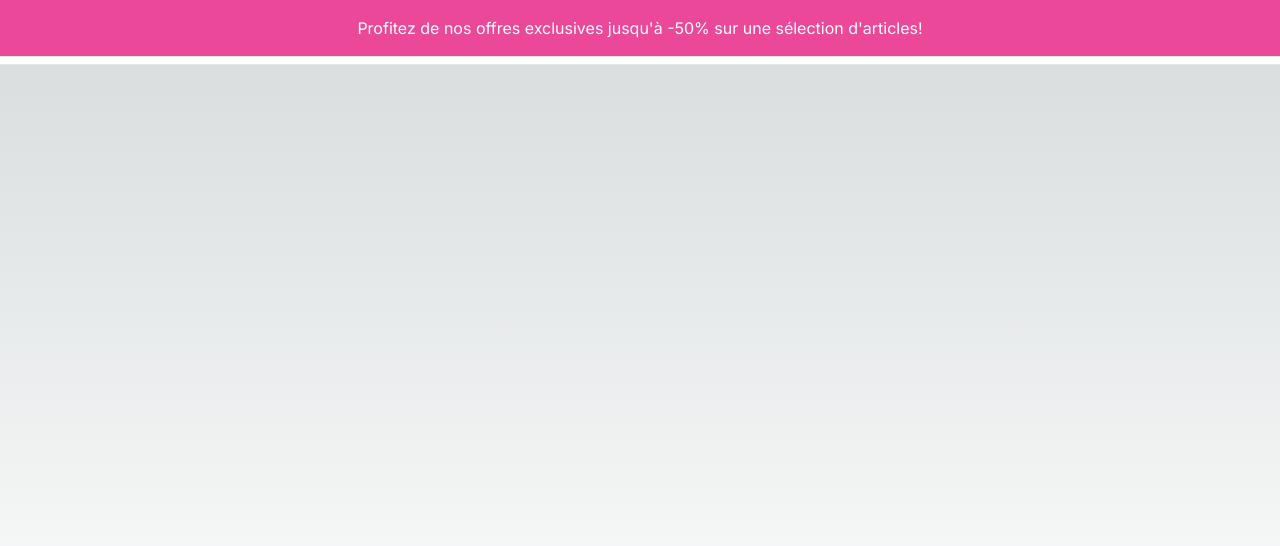
Repository: SDlevelUp/e-shop
Page: /
These files come from the project's save history. The page is drawn as it stood at one moment and after the next save; the edit follows.
The browser window is 1280 px wide. The pictures show the whole page.
The project was rebuilt for these pictures with package versions that can differ from the ones it lists, and the page was loaded fresh each time. The framework's server and built-in components were replaced by stand-ins that run in the browser. Also part of the build but not shown: next.config.js.

Above is the page before, as saved 2023-08-29 09:09:39.

### src/app/layout.js
import './globals.css'
import { Inter } from 'next/font/google';
import Navbar from '@/components/Navbar/Navbar';
import GlobalState from '@/context';
const inter = Inter({ subsets: ['latin'] })

export const metadata = {
  title: 'E-Shop, votre boutique en ligne',
  description: 'Generated by create next app',
};

export default function RootLayout({ children }) {
  return (
    <html lang="en">
      <head>
        <meta charSet="UTF-8" />
        <meta name="viewport" content="width=device-width, initial-scale=1.0" />
        <title>{metadata.title}</title>
        <meta name="description" content={metadata.description} />
      </head>
      <body className={inter.className}>
        <GlobalState>
          <Navbar />
          <main>{children}</main>
        </GlobalState>
      </body>
    </html>
  )
}

### src/app/page.js
import React from 'react';

function Home() {
  return (
    <main className="flex min-h-screen flex-col items-center justify-between p-24">
      <div>

      </div>
    </main>
  );
}

export default Home;

### src/components/Navbar/Navbar.jsx
"use client";

export default function Navbar() {
    return (
        <>

            <div className="bg-white fixed z-40 w-full top-0 left-0 border-b border-gray-200">
                <header className="bg-pink-500 z-50 w-full top-0 left-0 border-b border-gray-200 fixed">
                    <div className="max-w-screen-xl flex items-center justify-center mx-auto p-4">
                        <div className="flex items-center cursor-pointer">
                            <span className="text-white">
                                Profitez de nos offres exclusives jusqu'à -50% sur une sélection d'articles!
                            </span>
                        </div>
                    </div>
                </header>

                <nav className="max-w-screen-xl flex items-center justify-between mx-auto p-4">
                    <div className="flex items-center cursor-pointer">
                        <span className="self-center text-2xl font-semibold whitespace-nowrap first-letter:">
                            E-Shop
                        </span>
                    </div>
                    {/* Supprimez la div vide */}
                </nav>
            </div>
        </>
    );
}

### src/context/index.js
"use client";

import { createContext } from 'react';

export const GlobalContext = createContext(null);

export default function GlobalState({ children }) {
    return (
        <GlobalContext.Provider value={{}}>{children}</GlobalContext.Provider>
    )
}

Loaded but not shown: src/app/globals.css (common file); tailwind.config.js (common file)

After the next save:
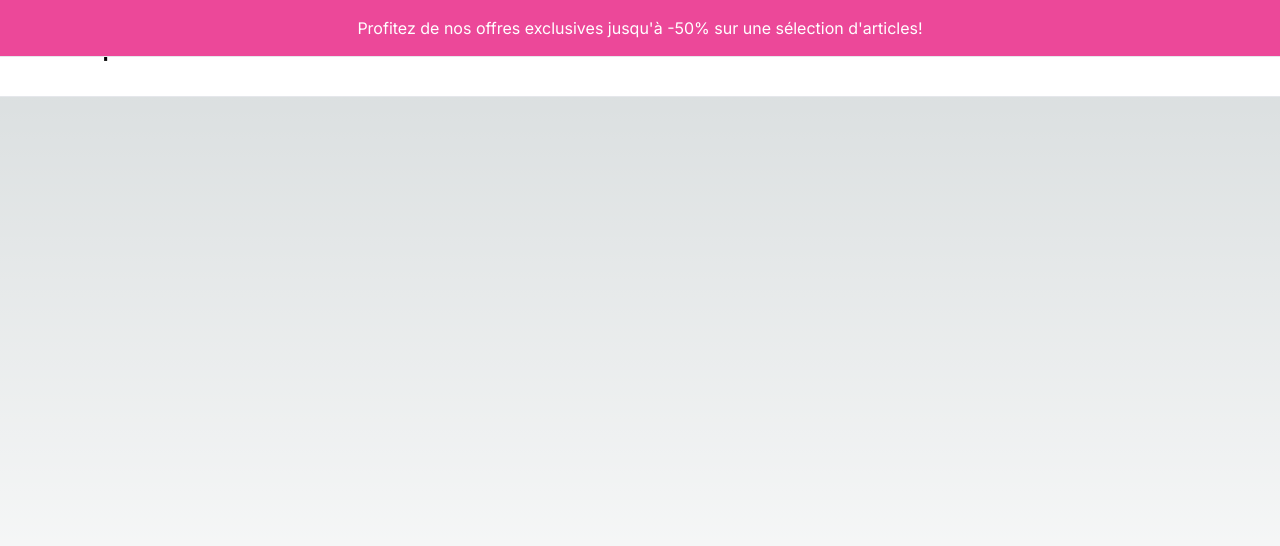
Saved 5 s later.
--- a/src/components/Navbar/Navbar.jsx
+++ b/src/components/Navbar/Navbar.jsx
@@ -17,7 +17,7 @@
 
                 <nav className="max-w-screen-xl flex items-center justify-between mx-auto p-4">
                     <div className="flex items-center cursor-pointer">
-                        <span className="self-center text-2xl font-semibold whitespace-nowrap first-letter:">
+                        <span className="self-center text-2xl font-semibold whitespace-nowrap p-4">
                             E-Shop
                         </span>
                     </div>

After the save that followed:
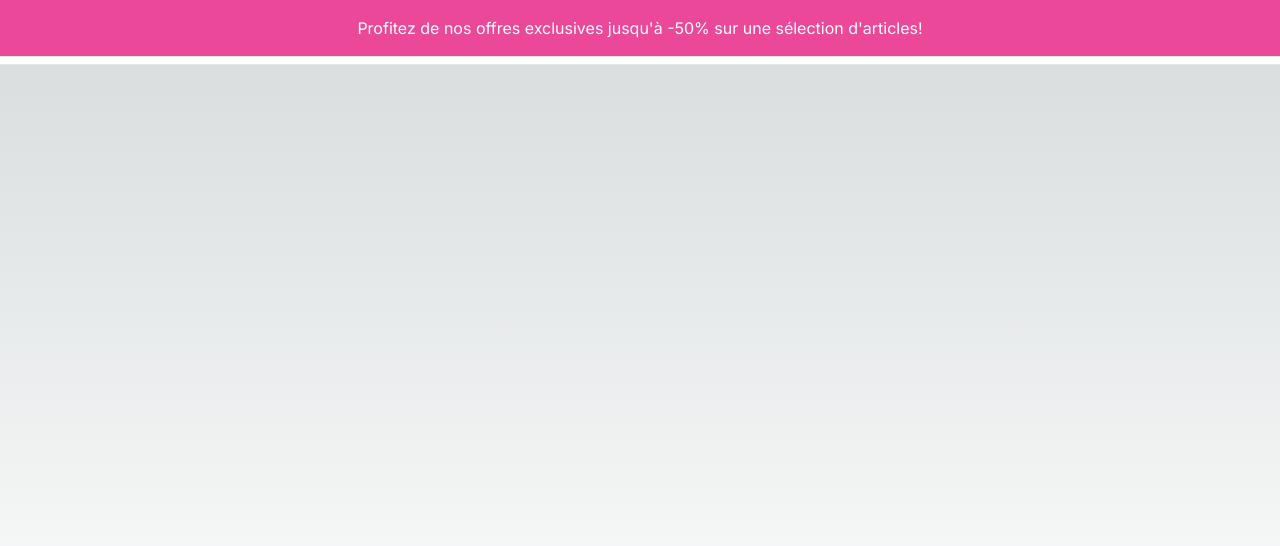
Saved 25 s later.
--- a/src/components/Navbar/Navbar.jsx
+++ b/src/components/Navbar/Navbar.jsx
@@ -15,7 +15,7 @@
                     </div>
                 </header>
 
-                <nav className="max-w-screen-xl flex items-center justify-between mx-auto p-4">
+                <nav className="max-w-screen-xl flex items-center justify-between mx-auto ">
                     <div className="flex items-center cursor-pointer">
                         <span className="self-center text-2xl font-semibold whitespace-nowrap p-4">
                             E-Shop
